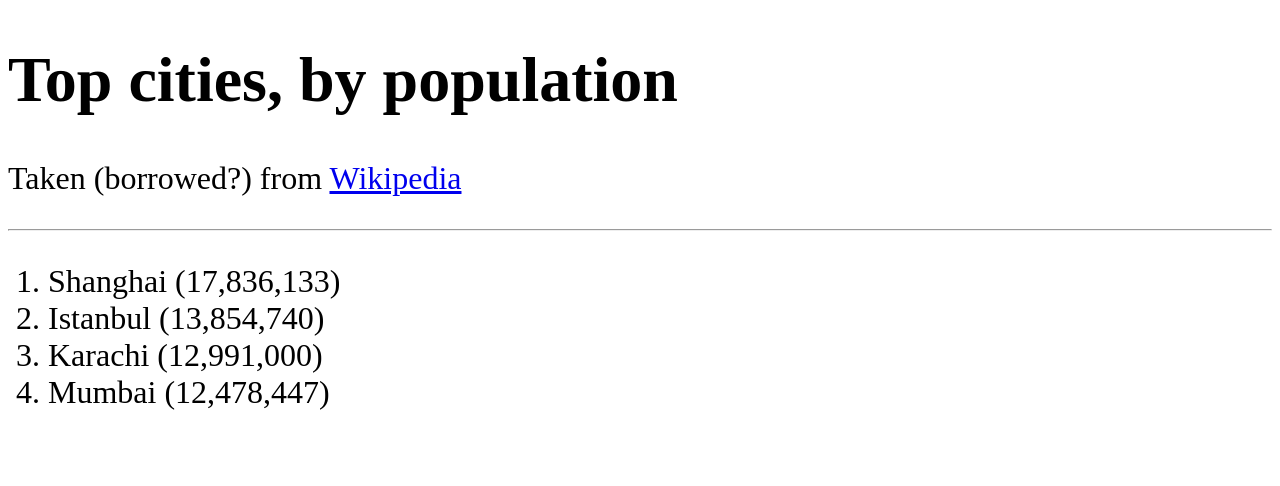
Repository: Sohaib-GO/git-mania
Page: cities.html
These files come from the project's save history. The page is drawn as it stood at one moment and after the next save; the edit follows.
The browser window is 1280 px wide. The pictures show the whole page.

Above is the page before, as saved 2022-12-17 17:00:43.

After the next save:
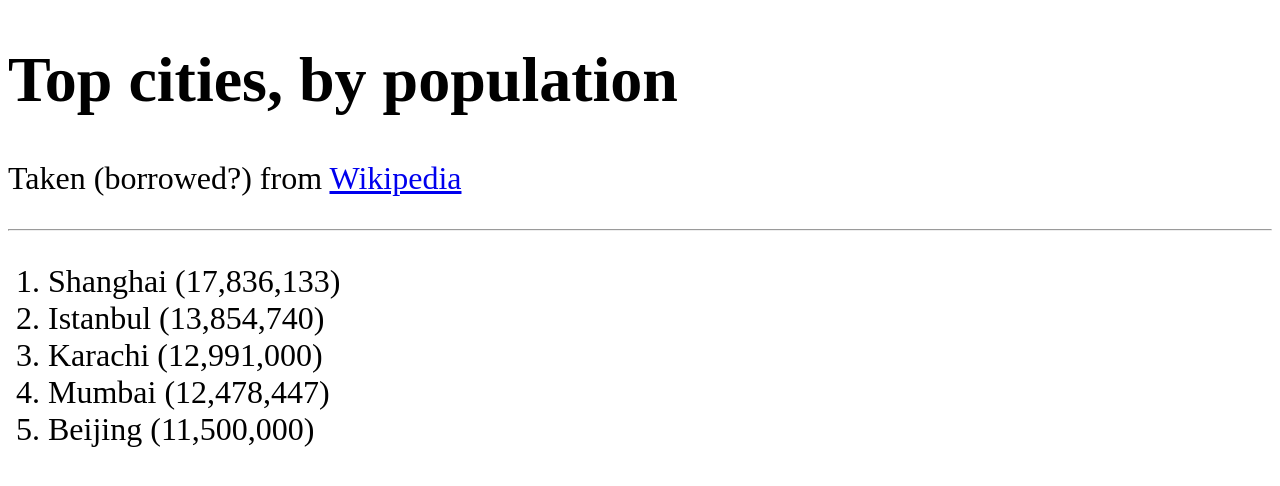
Saved 5 s later.
--- a/cities.html
+++ b/cities.html
@@ -26,7 +26,7 @@
     <li>Istanbul (13,854,740)</li>
     <li>Karachi  (12,991,000)</li>
     <li>Mumbai   (12,478,447)</li>
-
+    <li>Beijing  (11,500,000)</li>
   </ol>
 
 </body>
